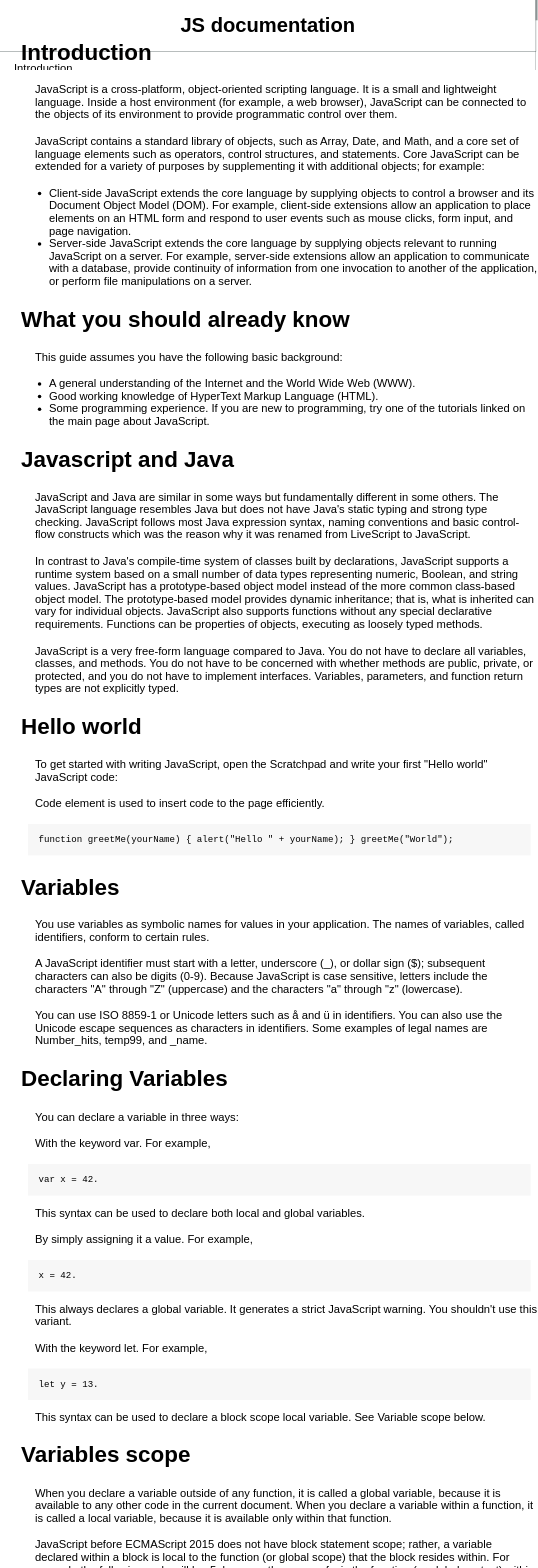
Repository: Pafestivo/Technical-documentation
Page: index.html
The author's editor kept a copy of each file at every save. The page is drawn from the files as they stood at one save, then again after the next save.
The browser window is 768 px wide. The pictures show the part of the page from y = 0 to 2240 px (the page is 2444 px tall before and 2614 px after), at 70% of full size.

Above is the page before, as saved 2022-09-07 14:17:05.

### index.html
<!DOCTYPE html>
<html lang="en">
<head>
    <meta charset="UTF-8">
    <meta name="viewport" content="width=device-width, initial-scale=1.0">
    <link rel="stylesheet" href="styles.css">
    <title>Technical Documentation Page</title>
</head>
<body>
  <nav id="navbar">
    <header>
      <h1>JS documentation</h1>
    </header>
    <ul>
      <li><a id="nav-link" href="#introduction">Introduction</a></li>
      <li><a id="nav-link" href="#what_you_should_already_know">What you should already know</a></li>
      <li><a id="nav-link" href="#javascript_and_Java">Javascript and java</a></li>
      <li><a id="nav-link" href="#hello_world">Hello world</a></li>
      <li><a id="nav-link" href="#variables">Variables</a></li>
      <li><a id="nav-link" href="#declaring_variables">Declaring variables</a></li>
      <li><a id="nav-link" href="#variable_scope">variable scope</a></li>
    </ul>
  </nav>
  <main id="main-doc">
    <section id="introduction" class="main-section">
      <h1>Introduction</h1>

      <p>JavaScript is a cross-platform, object-oriented scripting language. It is a small and lightweight language. Inside a host environment (for example, a web browser), JavaScript can be connected to the objects of its environment to provide programmatic control over them.</p>

      <p>JavaScript contains a standard library of objects, such as Array, Date, and Math, and a core set of language elements such as operators, control structures, and statements. Core JavaScript can be extended for a variety of purposes by supplementing it with additional objects; for example:</p>

      <ul>
        <li>Client-side JavaScript extends the core language by supplying objects to control a browser and its Document Object Model (DOM). For example, client-side extensions allow an application to place elements on an HTML form and respond to user events such as mouse clicks, form input, and page navigation.</li>
        <li>Server-side JavaScript extends the core language by supplying objects relevant to running JavaScript on a server. For example, server-side extensions allow an application to communicate with a database, provide continuity of information from one invocation to another of the application, or perform file manipulations on a server.</li>
      </ul>
    </section>

    <section id="what_you_should_already_know" class="main-section">
        <h1>What you should already know</h1>

        <p>This guide assumes you have the following basic background:</p>

        <ul>
          <li>A general understanding of the Internet and the World Wide Web (WWW).</li>
          <li>Good working knowledge of HyperText Markup Language (HTML).</li>
          <li>Some programming experience. If you are new to programming, try one of the tutorials linked on the main page about JavaScript.</li>
        </ul>
      </section>

      <section id="javascript_and_Java" class="main-section">
        <h1>Javascript and Java</h1>

        <p>JavaScript and Java are similar in some ways but fundamentally different in some others. The JavaScript language resembles Java but does not have Java's static typing and strong type checking. JavaScript follows most Java expression syntax, naming conventions and basic control-flow constructs which was the reason why it was renamed from LiveScript to JavaScript.</p>

        <p>In contrast to Java's compile-time system of classes built by declarations, JavaScript supports a runtime system based on a small number of data types representing numeric, Boolean, and string values. JavaScript has a prototype-based object model instead of the more common class-based object model. The prototype-based model provides dynamic inheritance; that is, what is inherited can vary for individual objects. JavaScript also supports functions without any special declarative requirements. Functions can be properties of objects, executing as loosely typed methods.</p>

        <p>JavaScript is a very free-form language compared to Java. You do not have to declare all variables, classes, and methods. You do not have to be concerned with whether methods are public, private, or protected, and you do not have to implement interfaces. Variables, parameters, and function return types are not explicitly typed.</p>
      </section>

      <section id="hello_world" class="main-section">
        <h1>Hello world</h1>
        <p>To get started with writing JavaScript, open the Scratchpad and write your first "Hello world" JavaScript code:</p>

        <p>Code element is used to insert code to the page efficiently.</p>
        <code>
            function greetMe(yourName) { alert("Hello " + yourName); }
            greetMe("World");
        </code>
      </section>

      <section id="variables" class="main-section">
        <h1>Variables</h1>

        <p>You use variables as symbolic names for values in your application. The names of variables, called identifiers, conform to certain rules.</p>

        <p>A JavaScript identifier must start with a letter, underscore (_), or dollar sign ($); subsequent characters can also be digits (0-9). Because JavaScript is case sensitive, letters include the characters "A" through "Z" (uppercase) and the characters "a" through "z" (lowercase).</p>

        <p>You can use ISO 8859-1 or Unicode letters such as å and ü in identifiers. You can also use the Unicode escape sequences as characters in identifiers. Some examples of legal names are Number_hits, temp99, and _name.</p>
      </section>

      <section id="declaring_variables" class="main-section">
        <h1>Declaring Variables</h1>

        <p>You can declare a variable in three ways:</p>

        <p>With the keyword var. For example,</p>
        <code>
            var x = 42.
        </code>

        <p>This syntax can be used to declare both local and global variables.</p>

        <p>By simply assigning it a value. For example,</p>
        <code>
            x = 42.
        </code>

        <p>This always declares a global variable. It generates a strict JavaScript warning. You shouldn't use this variant.</p>

        <p>With the keyword let. For example,</p>
        <code>
            let y = 13.
        </code>

        <p>This syntax can be used to declare a block scope local variable. See Variable scope below.</p>
      </section>

      <section id="variable_scope" class="main-section">
        <h1>Variables scope</h1>

        <p>When you declare a variable outside of any function, it is called a global variable, because it is available to any other code in the current document. When you declare a variable within a function, it is called a local variable, because it is available only within that function.</p>

        <p>JavaScript before ECMAScript 2015 does not have block statement scope; rather, a variable declared within a block is local to the function (or global scope) that the block resides within. For example the following code will log 5, because the scope of x is the function (or global context) within which x is declared, not the block, which in this case is an if statement.</p>
        <code>
            if (true) { var x = 5; } console.log(x); // 5
        </code>

        <p>This behavior changes, when using the let declaration introduced in ECMAScript 2015.</p>
        <code>
            if (true) { let y = 5; } console.log(y); // ReferenceError: y is
not defined
        </code>
  </main>

</body>
</html>

### styles.css
html {
  box-sizing: border-box;
  scroll-behavior: smooth;
}

body {
  font-family: sans-serif;
  display: flex;
  padding: 0;
  margin: 0;
  min-width: 290px;
}

/* Navigation bar  */
#navbar {
  border-right: solid;
  border-color: rgba(0, 22, 22, 0.4);
  min-width: 300px;
}

#navbar header {
  margin: -1px;
}

#navbar header h1{
  margin: 0;
  padding: 20px;
  font-size: 1.8rem;
  border: 1px solid rgba(0, 22, 22, 0.4);
  text-align: center;
}

#navbar ul {
  list-style: none;
  height: 90%;
  margin: 0;
  padding: 0;
  overflow-y: auto;
  overflow-x: hidden;
}

#navbar ul li {
  margin: -1px;
}

#navbar ul a {
  /* used flex to align the text vertically. */
  display: flex;
  align-items: center;
  text-decoration: none;
  color: #000;
  height: 50px;
  padding-left: 20px;
  border: 1px solid rgba(0, 22, 22, 0.4);
}

#navbar ul a:hover {
  transform: scale(1.01);
  border-color: transparent;
}

@media (max-width: 800px) {
  body {
    display: block;
  }

  #navbar {
    height: 30px;

  }
}
/* Navigation bar end  */

/* Main area */
#main-doc {
  margin-left: 30px;
}

#main-doc h1 {
  font-size: 2rem;
}

p {
  margin-bottom: 20px;
  margin-left: 20px;
}

code {
  display: block;
  background-color: #f7f7f7;
  padding: 15px;
  margin: 10px;
}
/* Main area end */

After the next save:
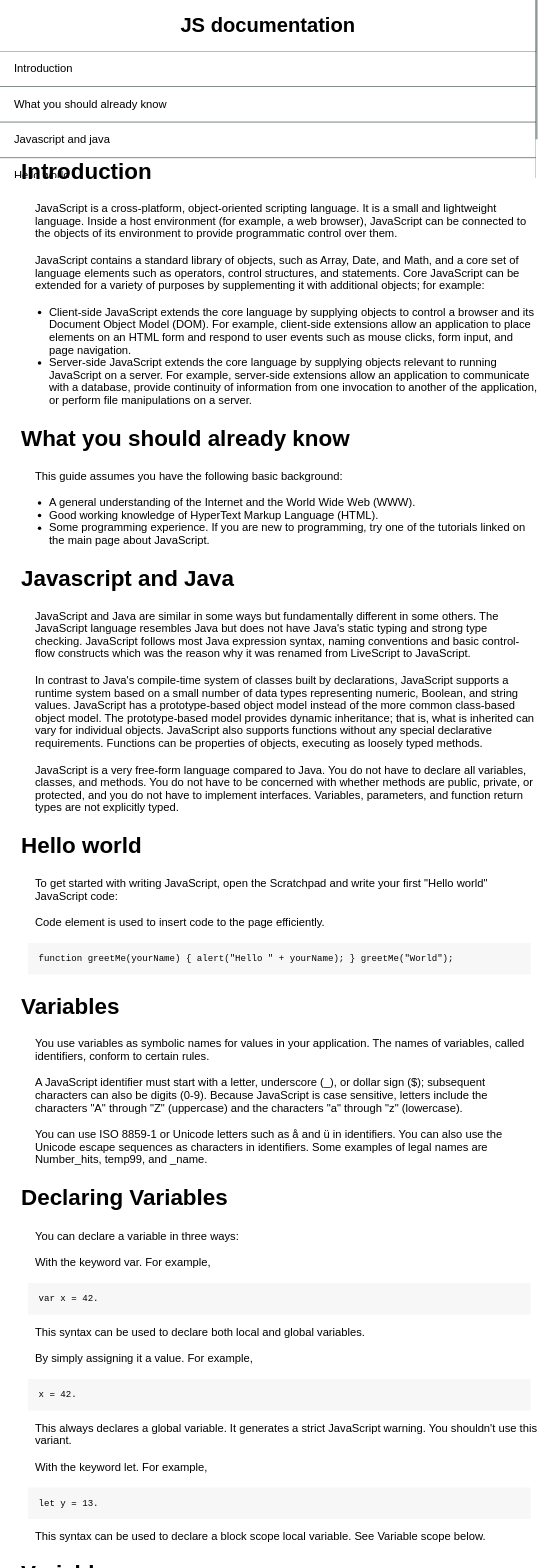
Saved 4 s later.
--- a/styles.css
+++ b/styles.css
@@ -65,7 +65,7 @@ body {
   }
 
   #navbar {
-    height: 30px;
+    height: 200px;
 
   }
 }
